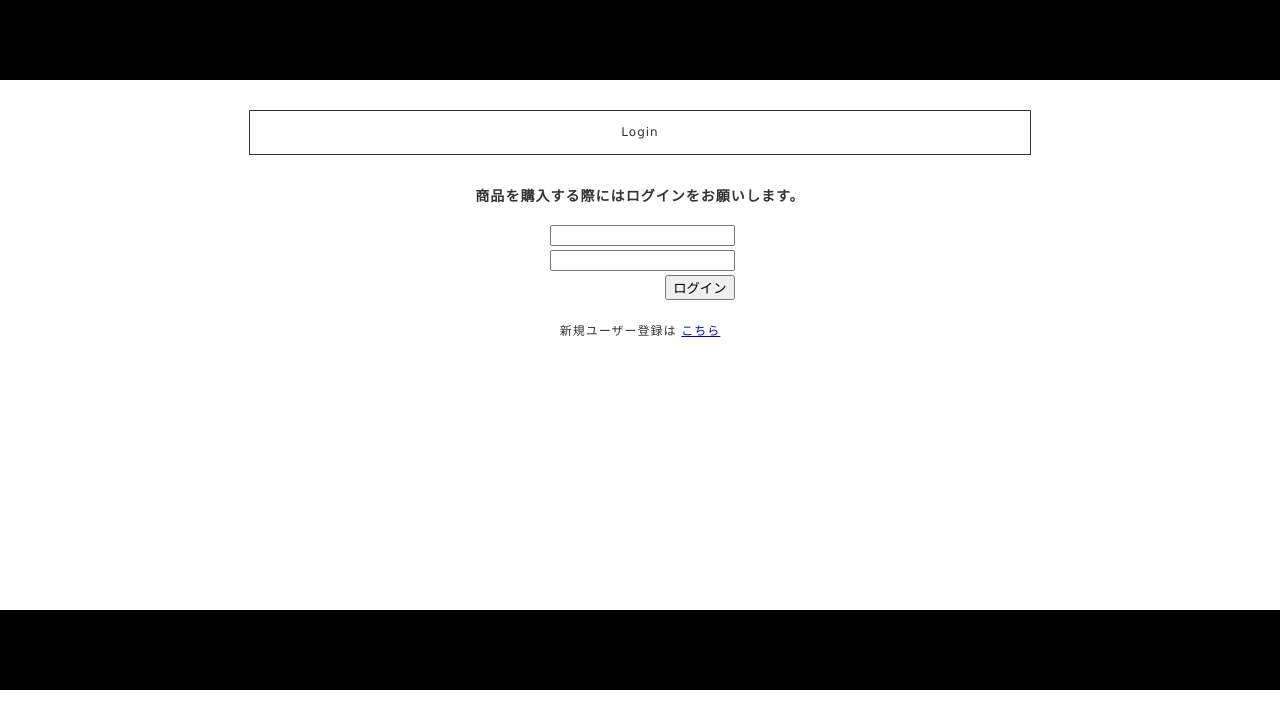
Repository: ryuhei0204/test
Page: http://localhost/template/login.jsp
An editor plug-in stored every save of this project. The page is shown before and after the next save, followed by the edit.
The browser window is 1280 px wide. The pictures show the whole page.
The page is served by Tomcat 9.

Above is the page before, as saved 2019-05-20 02:25:00.

After the next save:
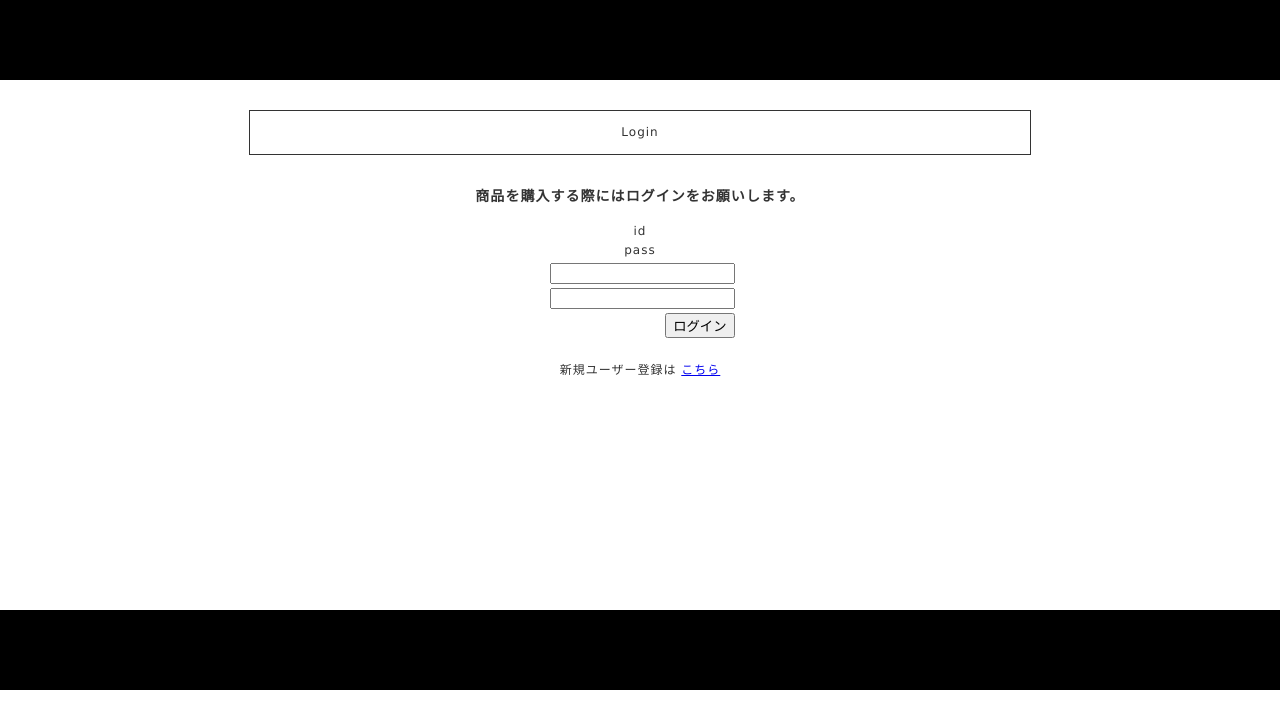
Saved 5 min 19 s later.
--- a/template/WebContent/login.jsp
+++ b/template/WebContent/login.jsp
@@ -69,7 +69,9 @@
     <div>
       <h3>商品を購入する際にはログインをお願いします。</h3>
       <s:form action="LoginAction">
+      id<br>
         <s:textfield name="loginUserId"/>
+        pass<br>
         <s:password name="loginPassword"/>
         <s:submit value="ログイン"/>
       </s:form>

After the save that followed:
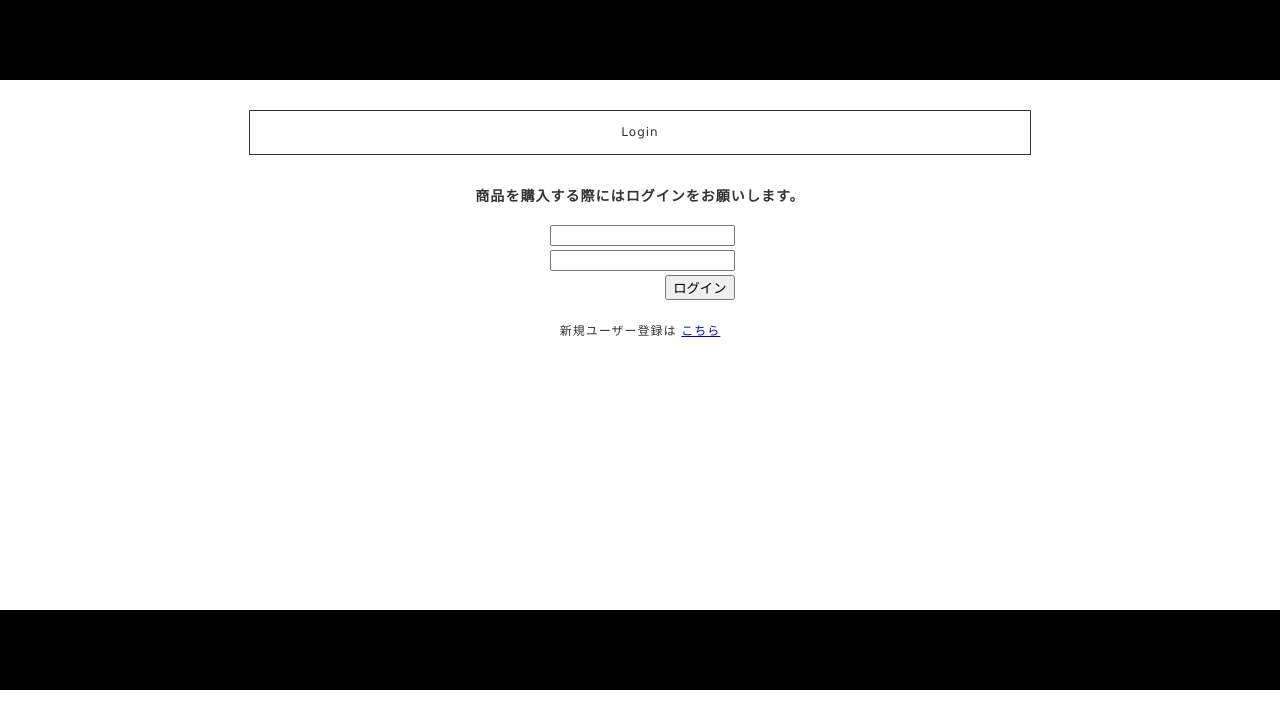
Saved 35 s later.
--- a/template/WebContent/login.jsp
+++ b/template/WebContent/login.jsp
@@ -69,9 +69,7 @@
     <div>
       <h3>商品を購入する際にはログインをお願いします。</h3>
       <s:form action="LoginAction">
-      id<br>
         <s:textfield name="loginUserId"/>
-        pass<br>
         <s:password name="loginPassword"/>
         <s:submit value="ログイン"/>
       </s:form>
